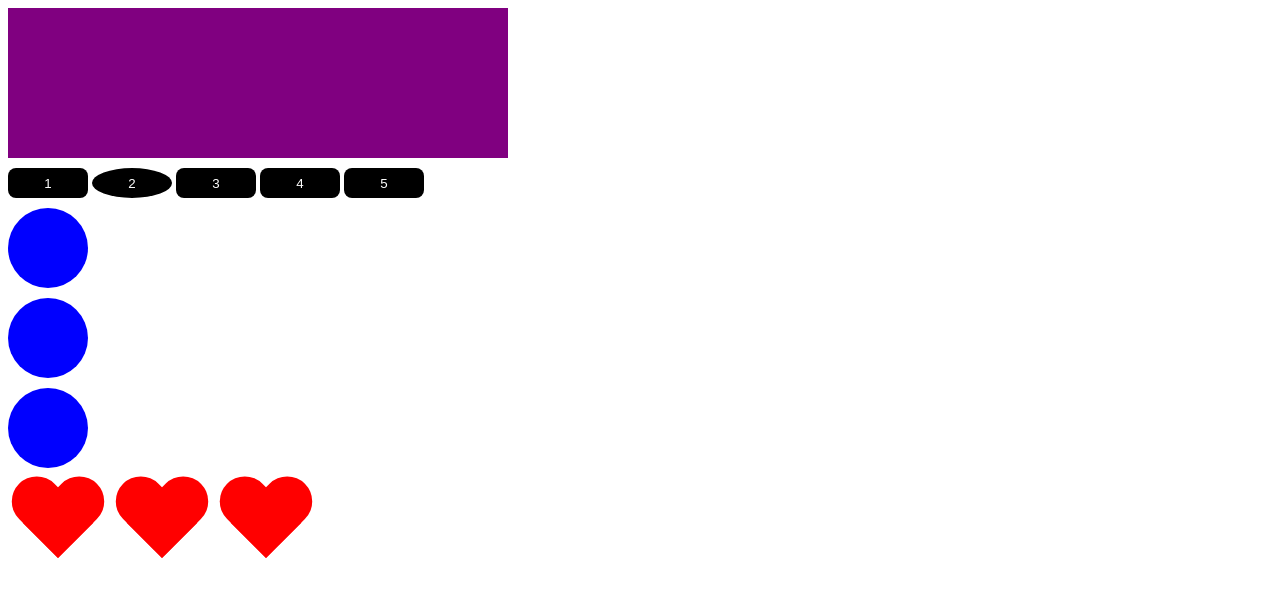
Repository: armus503/First_homework
Page: index2.html
The author's editor kept a copy of each file at every save. The page is drawn from the files as they stood at one save, then again after the next save.
The browser window is 1280 px wide. The pictures show the whole page.

Above is the page before, as saved 2021-08-26 00:56:57.

After the next save:
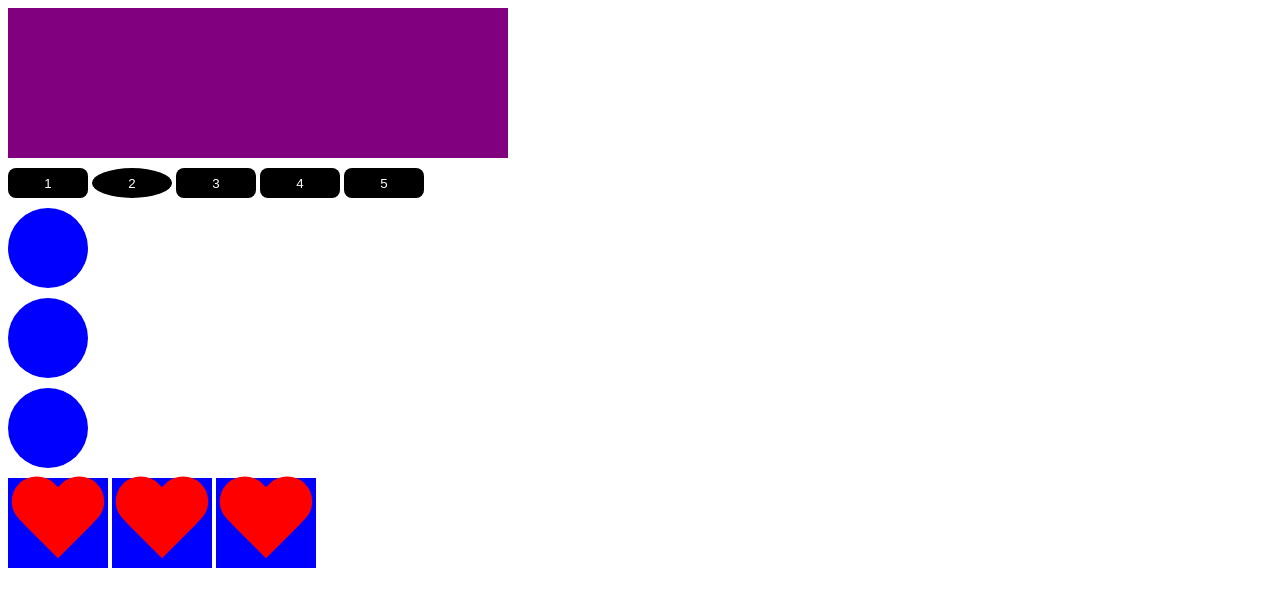
Saved 9 h 37 min later.
--- a/script2.js
+++ b/script2.js
@@ -25,3 +25,7 @@ box.style.cssText = 'background-color: purple; width: 500px'; //стили за
 /*for (let i = 0; i < hearts.length; i++) {
     hearts[i].style.backgroundColor = 'orange';
 }*/
+
+hearts.forEach(item => {
+    item.style.backgroundColor = 'blue';
+});
